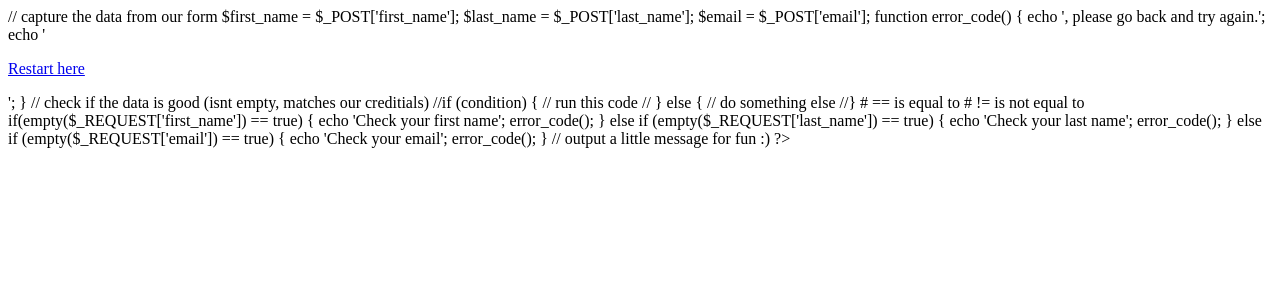
Repository: codieb1997/cosw30
Page: http://localhost/homework/home1/process_contact.php
The author's editor kept a record of every edit. The page is drawn from the files as they stood at one moment, then again after the next edit.
The browser window is 1280 px wide. The pictures show the whole page.
The page is run by PHP 8.4 with error messages shown; the project is at /var/www/html/.

Above is the page before.

### homework/home1/process_contact.php
// capture the data from our form
    $first_name = $_POST['first_name'];
    $last_name = $_POST['last_name'];
    $email = $_POST['email'];

   function error_code() {
        echo ', please go back and try again.';
        echo '<p><a href="contact.html">Restart here</a></p>';
    }

    // check if the data is good (isnt empty, matches our creditials)
    //if (condition) {
        // run this code
   // } else {
        // do something else
    //}

    # == is equal to
    # != is not equal to

    if(empty($_REQUEST['first_name']) == true) {

        echo 'Check your first name';
        error_code();
    } else if (empty($_REQUEST['last_name']) == true) {
        echo 'Check your last name';
        error_code();
    } else if (empty($_REQUEST['email']) == true) {
        echo 'Check your email';
        error_code();
    }



    // output a little message for fun :)

?>

After the next edit:
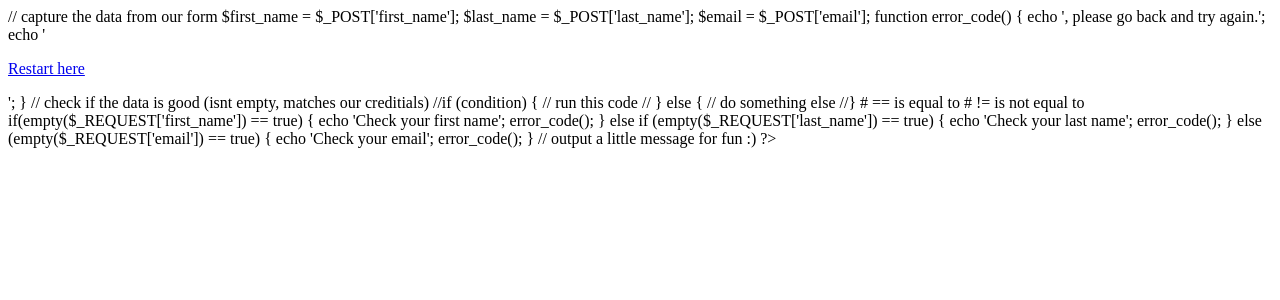
The edit:
--- a/homework/home1/process_contact.php
+++ b/homework/home1/process_contact.php
@@ -25,7 +25,7 @@
     } else if (empty($_REQUEST['last_name']) == true) {
         echo 'Check your last name';
         error_code();
-    } else if (empty($_REQUEST['email']) == true) {
+    } else (empty($_REQUEST['email']) == true) {
         echo 'Check your email';
         error_code();
     }
